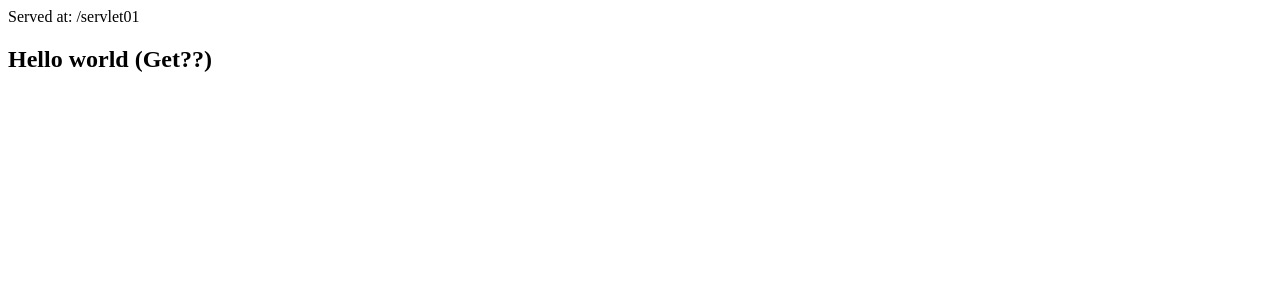
Repository: JaySurplusYoon/JSP_Servlet
Page: http://localhost/servlet01/GetMethod
An editor plug-in stored every save of this project. The page is shown before and after the next save, followed by the edit.
The browser window is 1280 px wide. The pictures show the whole page.
The page is served by Tomcat 9. Other server files are loaded and not shown.

Above is the page before, as saved 2017-08-10 05:48:50.

### servlet01/src/com/javalec/ex/GetMethod.java
package com.javalec.ex;

import java.io.IOException;
import java.io.PrintWriter;

import javax.servlet.ServletException;
import javax.servlet.annotation.WebServlet;
import javax.servlet.http.HttpServlet;
import javax.servlet.http.HttpServletRequest;
import javax.servlet.http.HttpServletResponse;

/**
 * Servlet implementation class GetMethod
 */
@WebServlet("/GetMethod")
public class GetMethod extends HttpServlet {
	private static final long serialVersionUID = 1L;

    /**
     * @see HttpServlet#HttpServlet()
     */
    public GetMethod() {
        super();
        // TODO Auto-generated constructor stub
    }

	/**
	 * @see HttpServlet#doGet(HttpServletRequest request, HttpServletResponse response)
	 */
	protected void doGet(HttpServletRequest request, HttpServletResponse response) throws ServletException, IOException {
		// TODO Auto-generated method stub
		response.getWriter().append("Served at: ").append(request.getContextPath());
		System.out.println("doGet메서드");

		//text로 작성하여 html형식으로 출력하겠다. 한글출력을 위해 charset 조정하겠다
		response.setContentType("text/html; charset=euc-kr");
		PrintWriter writer = response.getWriter();

		writer.println("<html>");
		writer.println("<head>");
		writer.println("</head>");
		writer.println("<body>");
		writer.println("<h2>Hello world (Get방식)</h2>");
		writer.println("</body>");
		writer.println("</html>");
		writer.close();
	}

}

After the next save:
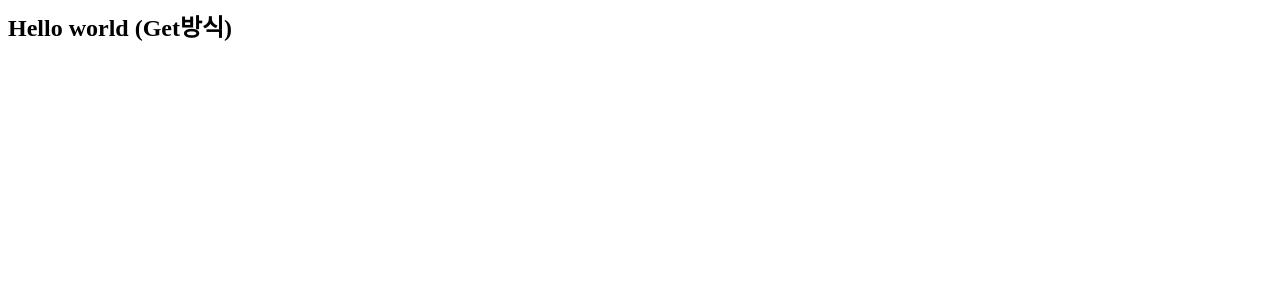
Saved 5 s later.
--- a/servlet01/src/com/javalec/ex/GetMethod.java
+++ b/servlet01/src/com/javalec/ex/GetMethod.java
@@ -29,7 +29,7 @@ public class GetMethod extends HttpServlet {
 	 */
 	protected void doGet(HttpServletRequest request, HttpServletResponse response) throws ServletException, IOException {
 		// TODO Auto-generated method stub
-		response.getWriter().append("Served at: ").append(request.getContextPath());
+		//response.getWriter().append("Served at: ").append(request.getContextPath());
 		System.out.println("doGet메서드");
 
 		//text로 작성하여 html형식으로 출력하겠다. 한글출력을 위해 charset 조정하겠다
